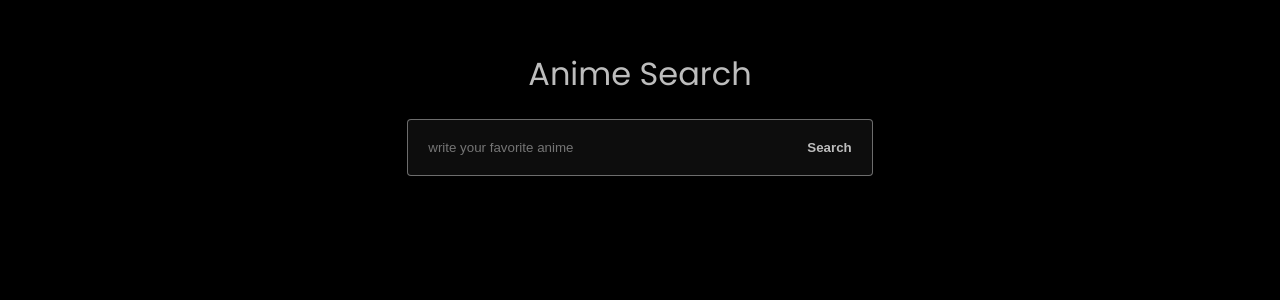
Repository: lilo750/search-anime
Page: /
The author's editor kept a copy of each file at every save. The page is drawn from the files as they stood at one save, then again after the next save.
The browser window is 1280 px wide. The pictures show the whole page.
The project was rebuilt for these pictures with package versions that can differ from the ones it lists, and the page was loaded fresh each time. Also part of the build but not shown: vite.config.ts.

Above is the page before, as saved 2024-02-24 10:01:14.

### index.html
<!DOCTYPE html>
<html lang="en">
    <head>
        <meta charset="UTF-8" />
        <link rel="icon" type="image/svg+xml" href="/vite.svg" />
        <meta name="viewport" content="width=device-width, initial-scale=1.0" />
        <title>Anime Search</title>
    </head>
    <body>
        <div id="root"></div>
        <script type="module" src="/src/main.tsx"></script>
    </body>
</html>

### src/App.tsx
import { useState } from 'react';

function App() {
    const [input, setInput] = useState<string>('');
    const [data, setData] = useState([]);
    console.log(input);

    const saveInputHandler = (event: React.ChangeEvent<HTMLInputElement>) => {
        setInput(event.target.value);
    };

    const getAnime = async () => {
        try {
            const response = await fetch(
                `https://api.jikan.moe/v4/anime?q=${input}`
            );
            const animeData = await response.json();
            setData(animeData.data); // set the data to my state
            console.log(animeData.data);
        } catch (err) {
            console.log('error while fetching the data');
        }
    };

    return (
        <>
            <h1>Anime Search</h1>
            <div className="container">
                <input
                    type="text"
                    onChange={saveInputHandler}
                    placeholder="write your favorite anime"
                />
                <button onClick={getAnime}>Search</button>
            </div>
            {data.map((anime, id) => (
                <img
                    key={id}
                    src={anime.images.jpg.image_url}
                    alt={`Image ${id}`}
                />
            ))}
        </>
    );
}

export default App;

### src/index.css
@import url('https://fonts.googleapis.com/css2?family=Poppins:wght@400;500;700&display=swap');

:root {
    font-synthesis: none;
    text-rendering: optimizeLegibility;
    -webkit-font-smoothing: antialiased;
    -moz-osx-font-smoothing: grayscale;
}

body {
    font-family: 'Poppins', sans-serif;
    background: #000;
    color: #bdbdbd;
}
h1 {
    margin-top: 50px;
    text-align: center;
    font-weight: 100;
}

.container {
    display: flex;
    justify-content: center;
    align-content: center;
    margin-bottom: 50px;
    flex-wrap: wrap;
}

input {
    min-width: 380px;
    color: #fff;
    background: rgba(255, 255, 255, 0.05);
    border-top-left-radius: 4px;
    border-bottom-left-radius: 4px;
    border-left: 1px solid rgba(255, 255, 255, 0.4);
    border-top: 1px solid rgba(255, 255, 255, 0.4);
    border-bottom: 1px solid rgba(255, 255, 255, 0.4);
    border-right: transparent;
    padding: 20px;
    box-sizing: border-box;
    outline: 0;
}

button {
    background: rgba(255, 255, 255, 0.05);
    padding: 0 20px;
    font-weight: 700;
    border-top-right-radius: 4px;
    border-bottom-right-radius: 4px;
    border-right: 1px solid rgba(255, 255, 255, 0.4);
    border-top: 1px solid rgba(255, 255, 255, 0.4);
    border-bottom: 1px solid rgba(255, 255, 255, 0.4);
    border-left: transparent;
    box-sizing: border-box;
    color: #bdbdbd;
    cursor: pointer;
}

button:active {
    color: #fff;
    background: rgba(255 255 255 / 19%);
}

img {
    margin: 4px;
    border-radius: 10px;
    object-fit: cover;
}

Loaded but not shown: src/main.tsx (common file)

After the next save:
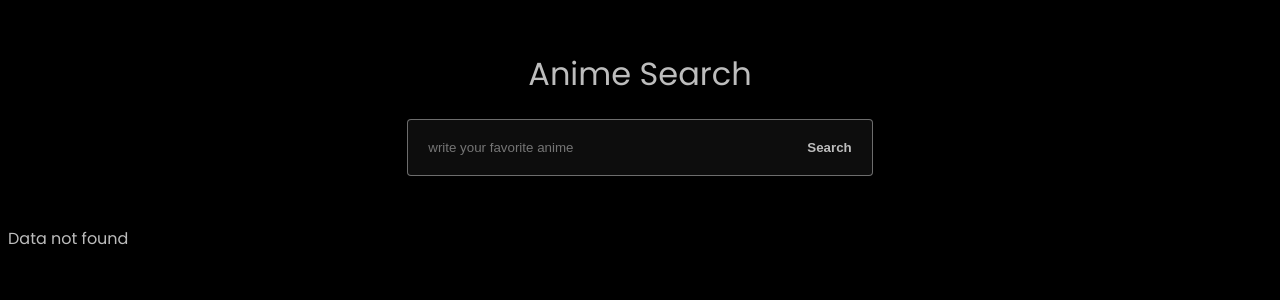
Saved 82 s later.
--- a/src/App.tsx
+++ b/src/App.tsx
@@ -33,13 +33,17 @@
                 />
                 <button onClick={getAnime}>Search</button>
             </div>
-            {data.map((anime, id) => (
-                <img
-                    key={id}
-                    src={anime.images.jpg.image_url}
-                    alt={`Image ${id}`}
-                />
-            ))}
+            {data.length > 0 ? (
+                data.map((anime, id) => (
+                    <img
+                        key={id}
+                        src={anime.images.jpg.image_url}
+                        alt={`Image ${id}`}
+                    />
+                ))
+            ) : (
+                <div>Data not found</div>
+            )}
         </>
     );
 }
